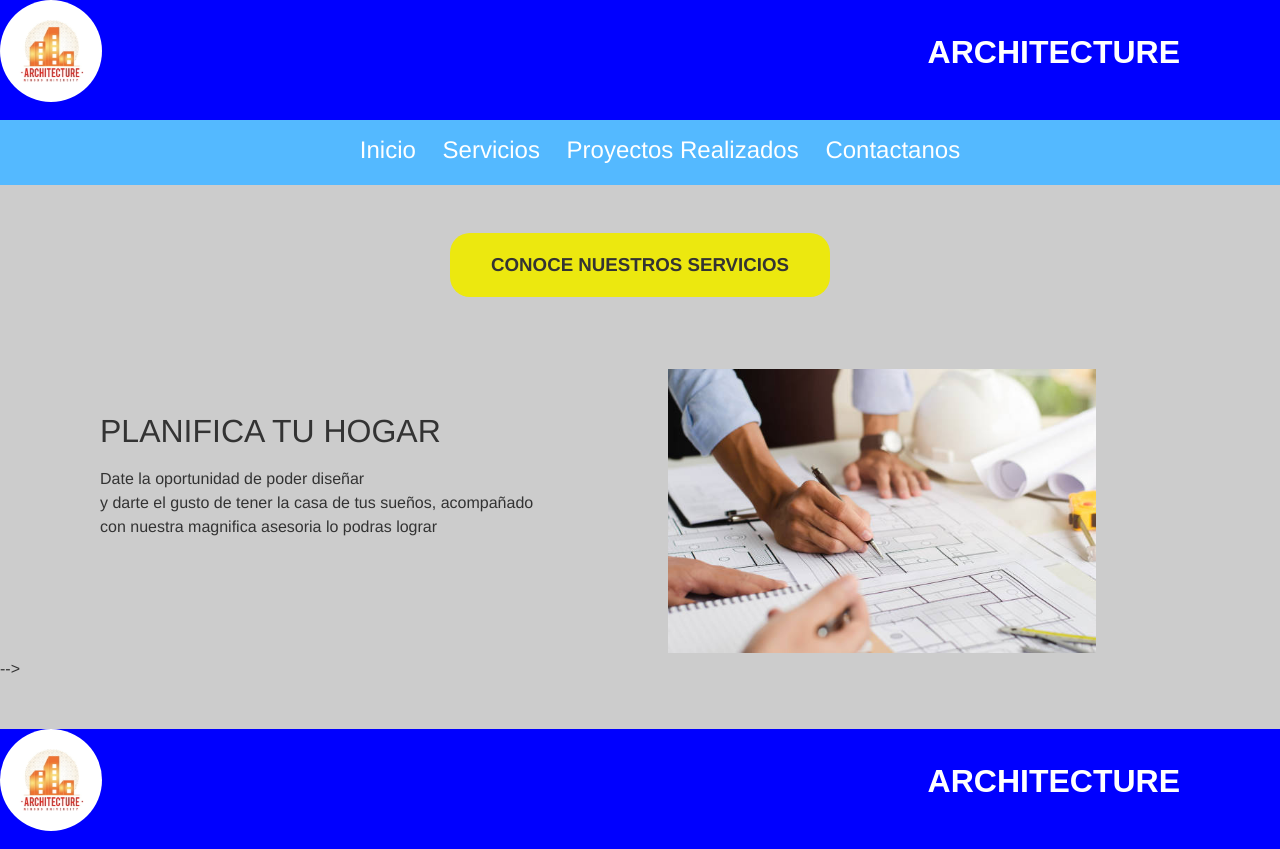
Repository: gabrielestrella18/htdocs
Page: http://localhost/arquitectos/servicios.php
The author's editor kept a copy of each file at every save. The page is drawn from the files as they stood at one save, then again after the next save.
The browser window is 1280 px wide. The pictures show the whole page.
The page is run by PHP 8.4 with error messages shown; the project is at /var/www/html/.

Above is the page before, as saved 2023-12-07 17:16:08.

### arquitectos/servicios.php
<!DOCTYPE html>
<html lang="en">
  <head>
    <title></title>
    <meta charset="UTF-8">
    <meta name="viewport" content="width=device-width, initial-scale=1">
    <link href="estilo.css" rel="stylesheet">
  </head>
  <body>

<div class="azul">
  <img  class="lg"src="imagenes/arch.jpg" alt="">

  <h1>ARCHITECTURE</h1>
</div>

<div class="menu">
<div class="menuOpciones">
            <a href="index.php" target="_blank">Inicio</a>
            <a href="#" target="_blank">Servicios</a>
            <a href="#" target="_blank">Proyectos Realizados</a>
            <a href="#" target="_blank">Contactanos</a>
            </div>
            </div>
            <br><br>

<div class="ser">
<h3 class="serv">CONOCE NUESTROS SERVICIOS</h3>
</div>
<br> <br> <br>


<div class="hogar">

<div class="plani">
  <div class="caja1">
<p class="pl">PLANIFICA TU HOGAR</p>
<br>
<span class="text"> Date la oportunidad de poder diseñar <br> y darte el gusto de tener la casa de tus sueños, acompañado <br>
con nuestra magnifica asesoria lo podras lograr</span></div>
<div class="caja2">
<img class="plan" src="imagenes/planif.jpg" alt="">
</div>
</div>

<br><br><br><br><br><br></br><br><br></br><br><br>
<!-- <div class="const">
<p class="cons">CONSTRUYE TU HOGAR</p>
<span>Con nosotros a cargo de la contruccion de tu hogar haremos tu sueño realidad y disfrutarás muy pronto de tu magnifico hogar</span>
<img  class="co" src="imagenes/constru.jpg" alt="">
</div>

<div class="remod">
<p class="rem">REMODELA TU HOGAR</p>
<span>Cambia el diseño de tu hogar hoy mismo y nosotros haremos la maravilla de que sea el mejor hogar que haz podido tener</span>
<img class="re" src="imagenes/remodel.jpg" alt="">
</div>
 --> -->

</div>

<br><br>

<div class="azul">
  <img  class="lg"src="imagenes/arch.jpg" alt="">

  <h1>ARCHITECTURE</h1>
</div>


  </body>
</html>

### arquitectos/estilo.css
* {
    box-sizing: border-box;
    margin: 0;
    padding: 0;
}

body {
    font-family: helvetica;
    font-size: 16px;
    line-height: 24px;
    color: #333;
    background-color: #cccccc;
    max-width: 1400px;
}

.azul {
    background-color: blue;
    padding-bottom: 120px;
}

.lg {
    float: left;
    width: 8%;
    height: 8%;
    border-radius: 80px;
}

h1 {
    color: white;
    float: right;
    font-family: sans-serif;
    text-align: end;
    padding-top: 40px;
    padding-right: 100px;
}

.menu {
    border: 1px #54b9ff solid;
    background-color: #54b9ff;
    height: 65px;
}

.menuOpciones {
    padding-top: 12px;
    text-align: center;
    margin-top: 5px;
    padding-left: 40px;
    font-size: x-large;
}

.menuOpciones a {
    text-decoration: none;
    color: white;
    padding: 10px;
}

.menuOpciones a:hover {
    color: #9c2222;
}

.contenedor_fondo {
    width: 1350px;
    height: 600px;
    margin: auto;
    background-image: url(imagenes/fondoarq.jpg);
    background-repeat: no-repeat;
    background-size: cover;
}

.textofoto {
    /* width: 600px; */
    color: rgb(7, 2, 2);
    margin: auto;
    text-align: center;
    line-height: 35px;
    padding-top: 200px;
}

.botoncito {
    text-align: center;
}

.boton1 {
    color: #ece80f;
    background-color: #ce1111;
    padding-top: 20px;
    padding-bottom: 20px;
    padding-left: 10px;
    padding-right: 10px;
    border-radius: 20px;
}

h3 {
    text-align: center;
}

.serv {
    background-color: #ece80f;
    padding-top: 20px;
    padding-bottom: 20px;
    padding-left: 10px;
    padding-right: 10px;
    border-radius: 20px;
}

.ser {
    padding-left: 450px;
    padding-right: 450px;
}

p {
    font-weight: 400px;
    font-size: xx-large;
}


/* .hogar {
    display: inline-block;
} */


/* .plani {
    display: inline-block;
}

.pl {
    display: inline-block;
}

.cons {
    display: inline-block;
}

.co {
    display: inline-block;
}

.remod {
    display: inline-block;
}

.re {
    display: inline-block;
} */

span {
    text-align: center;
}

.text {
    text-align: center;
}

.caja1 {
    float: left;
    padding-left: 100px;
    padding-top: 50px;
}

.caja2 {
    float: right
}

.plan {
    width: 70%;
    height: 70%;
}

After the next save:
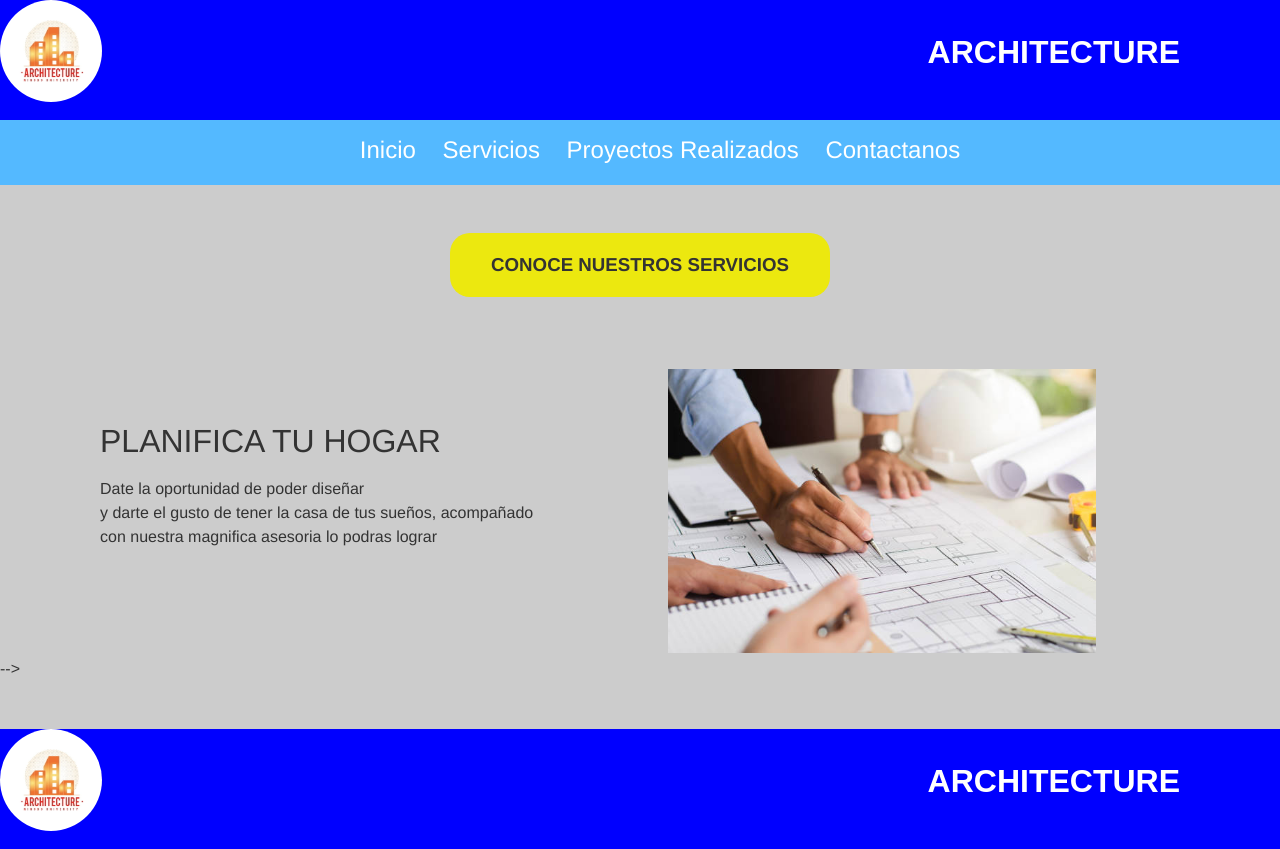
Saved 9 s later.
--- a/arquitectos/estilo.css
+++ b/arquitectos/estilo.css
@@ -154,7 +154,7 @@ span {
 .caja1 {
     float: left;
     padding-left: 100px;
-    padding-top: 50px;
+    padding-top: 60px;
 }
 
 .caja2 {
